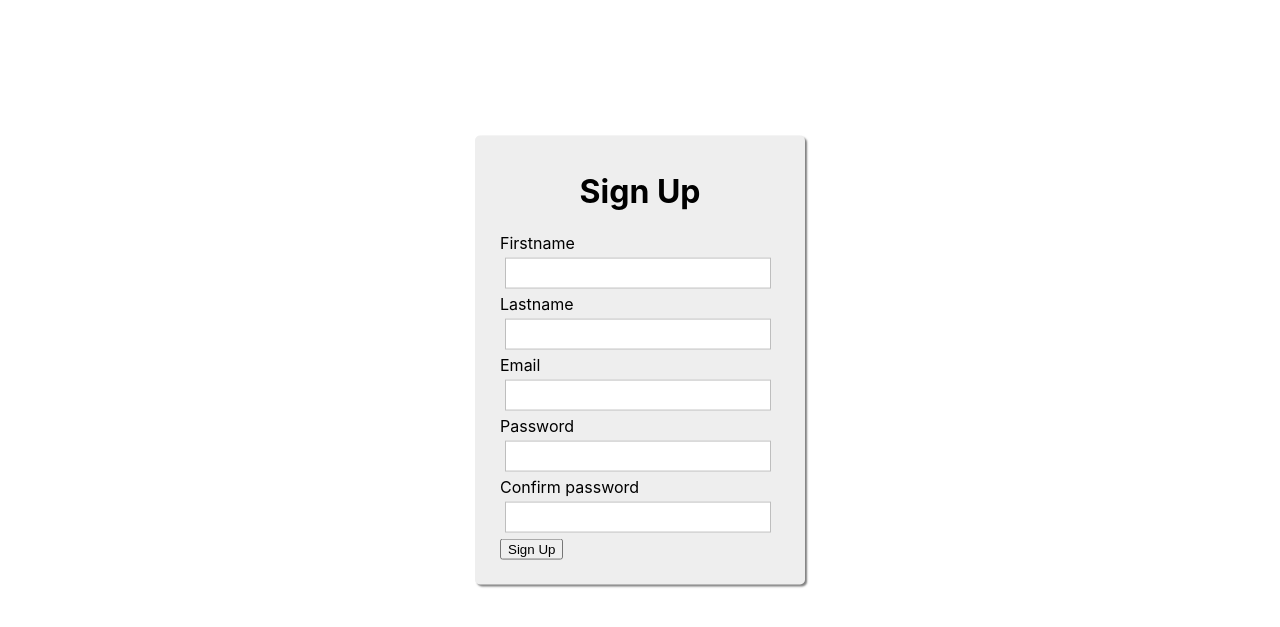
Repository: khamraeva/JSP-homework1-sighup
Page: /
These files come from the project's save history. The page is drawn as it stood at one moment and after the next save; the edit follows.
The browser window is 1280 px wide. The pictures show the whole page.
The project was rebuilt for these pictures with package versions that can differ from the ones it lists, and the page was loaded fresh each time. Also part of the build but not shown: src/App.css.

Above is the page before, as saved 2020-07-22 17:10:49.

### src/App.js
import React from 'react';
import SignUp from './Components/SignUp/SignUp';
import './App.css';


function App() {
  return (
    <div className="App">
      <SignUp />
    </div>
  );
}

export default App;

### src/Components/SignUp/SignUp.js
import React, { Component } from 'react';
import './SignUp.css';

class SignUp extends Component {
    render() {
        return (
            <div className={'signup-container'}>
                <h1>Sign Up</h1>
                <form className={'signup-form'}>
                    <label>Firstname</label>
                    <input
                        className='input'
                        type='text'
                    />
                    <label>Lastname</label>
                    <input
                        className='input'
                        type='text'
                    />
                    <label>Email</label>
                    <input
                        className='input'
                        type='text'
                    />
                    <label>Password</label>
                    <input
                        className='input'
                        type='password'
                    />
                    <label>Confirm password</label>
                    <input
                        className='input'
                        type='password'
                    />
                    <button>Sign Up</button>
                </form>
            </div>
        )
    }
}

export default SignUp

### src/Components/SignUp/SignUp.css
.signup-container {
    padding: 50px;
    background: #ccc;
    position: fixed; top: 50%; left: 50%;
    transform: translate(-50%, -50%);

    width: 300px;
    background: #eee;
    box-shadow: 2px 2px 2px rgba(0, 0, 0, .5);
    padding: 15px;
    border-radius: 5px;
}

.signup-container h1 {
    text-align: center;
}

.signup-form {
    margin: 10px;
}

.input {
    display: block;
    box-sizing: border-box;
    border: 1px solid #bebebe;
    padding: 7px;
    margin: 5px;
    width: 95%;
    outline: none;
    transition: all 300ms ease-in-out;
}
button {

}

Loaded but not shown: public/index.html (common file); src/index.js (common file); src/index.css (common file); src/serviceWorker.js (common file)

After the next save:
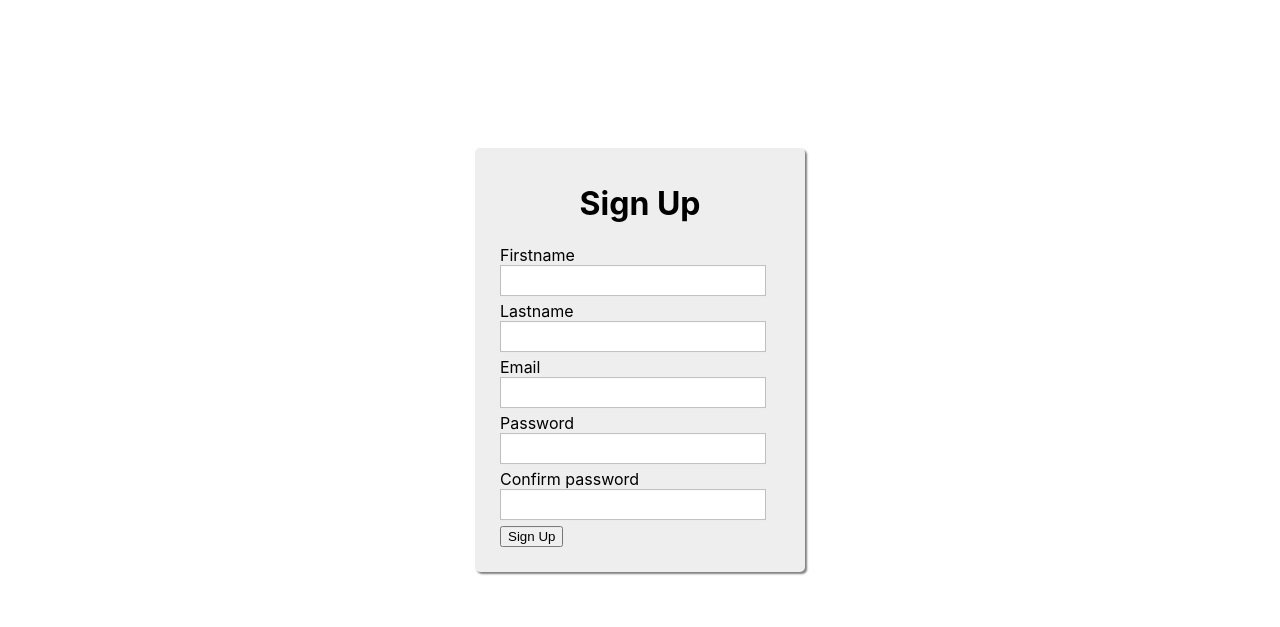
Saved 5 s later.
--- a/src/Components/SignUp/SignUp.css
+++ b/src/Components/SignUp/SignUp.css
@@ -24,7 +24,7 @@
     box-sizing: border-box;
     border: 1px solid #bebebe;
     padding: 7px;
-    margin: 5px;
+    margin: 0 0 5px;
     width: 95%;
     outline: none;
     transition: all 300ms ease-in-out;
